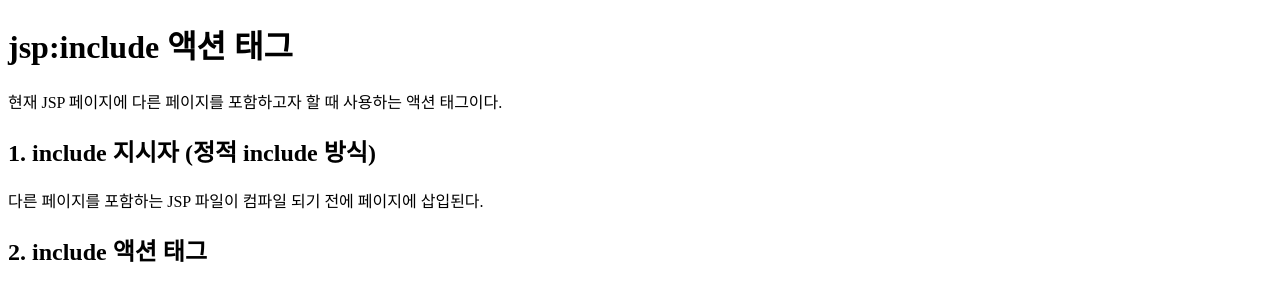
Repository: Parknogyung/Backend
Page: http://localhost/03_EL_JSTL/views/actiontag/standard/include.jsp
The author's editor kept a copy of each file at every save. The page is drawn from the files as they stood at one save, then again after the next save.
The browser window is 1280 px wide. The pictures show the whole page.
The page is served by Tomcat 9.

Above is the page before, as saved 2022-07-13 01:05:12.

After the next save:
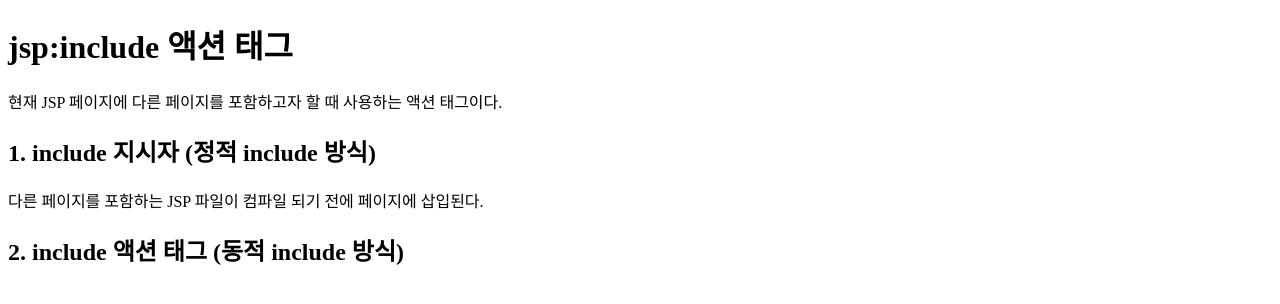
Saved 7 s later.
--- a/03_EL_JSTL/src/main/webapp/views/actiontag/standard/include.jsp
+++ b/03_EL_JSTL/src/main/webapp/views/actiontag/standard/include.jsp
@@ -27,7 +27,7 @@
 	%>
 	--%>
 
-	<h2>2. include 액션 태그</h2>
+	<h2>2. include 액션 태그 (동적 include 방식)</h2>
 
 </body>
 </html>
